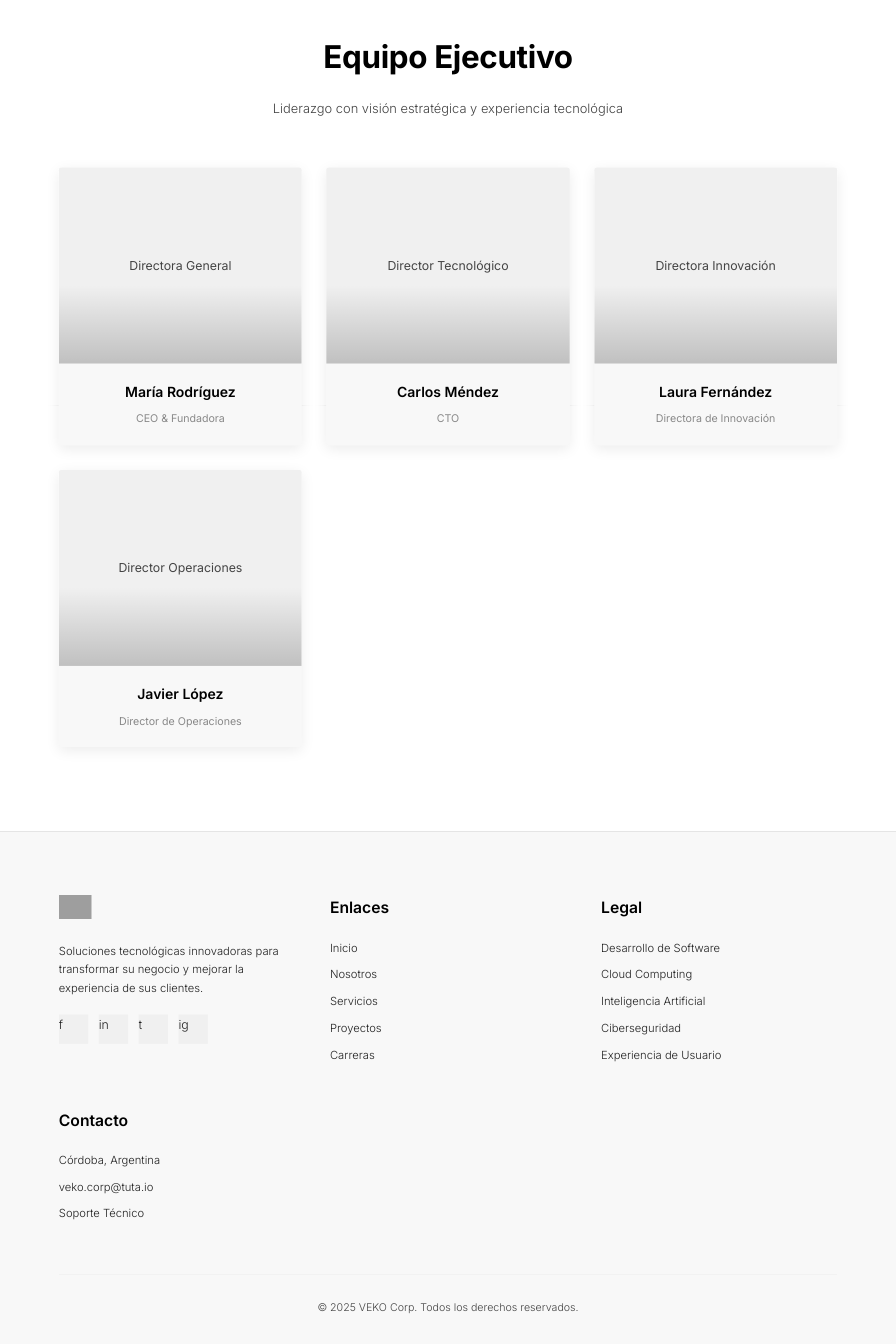
Repository: VEKO-Corp/veko-web
Page: index.html
The author's editor kept a copy of each file at every save. The page is drawn from the files as they stood at one save, then again after the next save.
The browser window is 1280 px wide. The pictures show the part of the page from y = 2936 to 4856 px (the page is 4856 px tall), at 70% of full size.
Pictures or frames that could not be fetched are drawn as grey boxes.

Above is the page before, as saved 2025-08-11 20:28:28.

### index.html
<!DOCTYPE html>
<html lang="es">
<head>
    <meta charset="UTF-8">
    <meta name="viewport" content="width=device-width, initial-scale=1.0">
    <title>VEKO - Soluciones Tecnológicas</title>
    <link href="https://fonts.googleapis.com/css2?family=Inter:wght@300;400;500;600;700&display=swap" rel="stylesheet">
    <link rel="stylesheet" href="css/style.css">
</head>
<body>
    <!-- Header con navegación -->
    <header>
        <div class="container header-container">
            <a href="index.html" class="logo">
                <img id="logo-image" src="img/logo-light.png" alt="VEKO">
            </a>
            <button class="mobile-menu-btn">☰</button>
            <nav>
                <ul>
                    <li><a href="index.html" class="active">Inicio</a></li>
                    <li><a href="nosotros.html">Nosotros</a></li>
                    <li><a href="servicios.html">Servicios</a></li>
                    <li><a href="proyectos.html">Proyectos</a></li>
                    <li><a href="clientes.html">Clientes</a></li>
                    <li><a href="blog.html">Blog</a></li>
                    <li><a href="carreras.html">Carreras</a></li>
                    <li><a href="contacto.html">Contacto</a></li>
                    <li><a href="soporte.html">Soporte</a></li>
                </ul>
            </nav>
            <div class="theme-toggle" id="themeToggle" aria-label="Cambiar tema">
                <div class="switch-handle"></div>
            </div>
        </div>
    </header>

    <!-- Banner Principal -->
    <section class="hero">
        <div class="container">
            <div class="hero-content">
                <h1>Tecnología Innovadora para Negocios Transformadores</h1>
                <p>Soluciones tecnológicas avanzadas diseñadas para impulsar la eficiencia, seguridad y crecimiento de su organización</p>
                <a href="contacto.html" class="btn">Contáctenos</a>
            </div>
        </div>
    </section>

    <!-- Sección Nosotros -->
    <section id="nosotros">
        <div class="container">
            <div class="section-title fade-in">
                <h2>Sobre Nosotros</h2>
                <p>Impulsando la innovación tecnológica desde 2008 con soluciones de vanguardia</p>
            </div>

            <div class="about-content">
                <div class="about-text fade-in delay-1">
                    <h3>Nuestra Misión</h3>
                    <p>En VEKO, nos dedicamos a transformar organizaciones mediante soluciones tecnológicas estratégicas que optimizan operaciones, mejoran la experiencia del cliente y generan ventajas competitivas sostenibles.</p>
                    <p>Fundada en Madrid, nuestra empresa ha crecido hasta convertirse en un referente en el sector tecnológico, trabajando con clientes en más de 20 países y desarrollando soluciones que impactan positivamente en millones de usuarios.</p>
                    <a href="nosotros.html" class="btn">Conocer más</a>
                </div>
                <div class="about-image fade-in delay-2">
                    Equipo VEKO
                </div>
            </div>
        </div>
    </section>

    <!-- Sección Servicios -->
    <section id="servicios" style="background-color: var(--bg-secondary);">
        <div class="container">
            <div class="section-title fade-in">
                <h2>Nuestros Servicios</h2>
                <p>Soluciones tecnológicas especializadas para cada necesidad empresarial</p>
            </div>

            <div class="services-grid">
                <div class="service-card fade-in delay-1">
                    <div class="service-icon">D</div>
                    <h3>Desarrollo de Software</h3>
                    <p>Soluciones personalizadas, aplicaciones empresariales y sistemas a medida diseñados para optimizar sus procesos operativos.</p>
                </div>

                <div class="service-card fade-in delay-2">
                    <div class="service-icon">C</div>
                    <h3>Cloud Computing</h3>
                    <p>Migración, implementación y gestión de infraestructuras en la nube para máxima escalabilidad y eficiencia operativa.</p>
                </div>

                <div class="service-card fade-in delay-3">
                    <div class="service-icon">I</div>
                    <h3>Inteligencia Artificial</h3>
                    <p>Implementación de soluciones de IA y machine learning para análisis predictivo y automatización inteligente.</p>
                </div>

                <div class="service-card fade-in delay-1">
                    <div class="service-icon">S</div>
                    <h3>Ciberseguridad</h3>
                    <p>Protección integral de activos digitales, auditorías de seguridad y planes de continuidad de negocio.</p>
                </div>

                <div class="service-card fade-in delay-2">
                    <div class="service-icon">U</div>
                    <h3>Experiencia de Usuario</h3>
                    <p>Diseño de interfaces centradas en el usuario que mejoran la interacción y satisfacción del cliente.</p>
                </div>

                <div class="service-card fade-in delay-3">
                    <div class="service-icon">A</div>
                    <h3>Análisis de Datos</h3>
                    <p>Transformación de datos en información estratégica para la toma de decisiones basada en evidencia.</p>
                </div>
            </div>
        </div>
    </section>

    <!-- Sección Equipo -->
    <section id="equipo">
        <div class="container">
            <div class="section-title fade-in">
                <h2>Equipo Ejecutivo</h2>
                <p>Liderazgo con visión estratégica y experiencia tecnológica</p>
            </div>

            <div class="team-grid">
                <div class="team-member fade-in delay-1">
                    <div class="member-photo">Directora General</div>
                    <div class="member-info">
                        <h4>María Rodríguez</h4>
                        <p>CEO & Fundadora</p>
                    </div>
                </div>

                <div class="team-member fade-in delay-2">
                    <div class="member-photo">Director Tecnológico</div>
                    <div class="member-info">
                        <h4>Carlos Méndez</h4>
                        <p>CTO</p>
                    </div>
                </div>

                <div class="team-member fade-in delay-3">
                    <div class="member-photo">Directora Innovación</div>
                    <div class="member-info">
                        <h4>Laura Fernández</h4>
                        <p>Directora de Innovación</p>
                    </div>
                </div>

                <div class="team-member fade-in delay-4">
                    <div class="member-photo">Director Operaciones</div>
                    <div class="member-info">
                        <h4>Javier López</h4>
                        <p>Director de Operaciones</p>
                    </div>
                </div>
            </div>
        </div>
    </section>

    <!-- Footer -->
    <footer>
        <div class="container">
            <div class="footer-content">
                <div class="footer-column fade-in">
                    <div class="logo-footer">
                        <img id="footer-logo" src="img/logo-light.png" alt="VEKO">
                    </div>
                    <p>Soluciones tecnológicas innovadoras para transformar su negocio y mejorar la experiencia de sus clientes.</p>
                    <div class="social-icons">
                        <a href="#" class="social-icon">f</a>
                        <a href="#" class="social-icon">in</a>
                        <a href="#" class="social-icon">t</a>
                        <a href="#" class="social-icon">ig</a>
                    </div>
                </div>

                <div class="footer-column fade-in delay-1">
                    <h3>Enlaces</h3>
                    <a href="index.html">Inicio</a>
                    <a href="nosotros.html">Nosotros</a>
                    <a href="servicios.html">Servicios</a>
                    <a href="proyectos.html">Proyectos</a>
                    <a href="carreras.html">Carreras</a>
                </div>

                <div class="footer-column fade-in delay-2">
                    <h3>Legal</h3>
                    <a href="servicios.html">Desarrollo de Software</a>
                    <a href="servicios.html">Cloud Computing</a>
                    <a href="servicios.html">Inteligencia Artificial</a>
                    <a href="servicios.html">Ciberseguridad</a>
                    <a href="servicios.html">Experiencia de Usuario</a>
                </div>

                <div class="footer-column fade-in delay-3">
                    <h3>Contacto</h3>
                    <p>Córdoba, Argentina</p>
                    <p>veko.corp@tuta.io</p>
                    <a href="soporte.html">Soporte Técnico</a>
                </div>
            </div>

            <div class="footer-bottom fade-in delay-4">
                <p>&copy; 2025 VEKO Corp. Todos los derechos reservados.</p>
            </div>
        </div>
    </footer>

    <script src="js/script.js"></script>
</body>
</html>

### css/style.css
:root {
    /* Variables para modo claro */
    --bg-primary: #FFFFFF;
    --bg-secondary: #F8F8F8;
    --bg-tertiary: #F0F0F0;
    --text-primary: #000000;
    --text-secondary: #222222;
    --text-tertiary: #444444;
    --accent: #888888;
    --accent-light: #CCCCCC;
    --border: #DDDDDD;
    --button-bg: #222222;
    --button-text: #FFFFFF;
    --shadow: rgba(0, 0, 0, 0.08);
    --overlay: rgba(0, 0, 0, 0.5);
}

.dark-mode {
    /* Variables para modo oscuro */
    --bg-primary: #000000;
    --bg-secondary: #111111;
    --bg-tertiary: #1A1A1A;
    --text-primary: #FFFFFF;
    --text-secondary: #E0E0E0;
    --text-tertiary: #AAAAAA;
    --accent: #777777;
    --accent-light: #333333;
    --border: #333333;
    --button-bg: #EEEEEE;
    --button-text: #000000;
    --shadow: rgba(255, 255, 255, 0.05);
    --overlay: rgba(0, 0, 0, 0.7);
}

* {
    margin: 0;
    padding: 0;
    box-sizing: border-box;
    transition: background-color 0.4s ease, color 0.4s ease, border-color 0.4s ease, transform 0.4s cubic-bezier(0.25, 0.46, 0.45, 0.94);
}

body {
    font-family: 'Inter', sans-serif;
    background-color: var(--bg-primary);
    color: var(--text-primary);
    line-height: 1.65;
    overflow-x: hidden;
    -webkit-font-smoothing: antialiased;
    -moz-osx-font-smoothing: grayscale;
}

.container {
    width: 90%;
    max-width: 1280px;
    margin: 0 auto;
    padding: 0 20px;
}

/* Header y navegación */
header {
    position: fixed;
    top: 0;
    left: 0;
    width: 100%;
    background-color: var(--bg-primary);
    border-bottom: 1px solid var(--border);
    z-index: 1000;
    transition: all 0.4s ease;
    box-shadow: 0 2px 10px var(--shadow);
}

header.scrolled {
    box-shadow: 0 6px 20px var(--shadow);
}

.header-container {
    display: flex;
    justify-content: space-between;
    align-items: center;
    padding: 18px 0;
}

.logo {
    font-size: 1.8rem;
    font-weight: 700;
    color: var(--text-primary);
    text-decoration: none;
    letter-spacing: -0.5px;
}

.logo span {
    font-weight: 300;
}

/* Estilos para logos */
.header-container .logo img {
    height: 30px;
    width: auto;
    transition: all 0.4s ease;
}

.footer-column .logo-footer img {
    height: 35px;
    width: auto;
    margin-bottom: 25px;
}

nav ul {
    display: flex;
    list-style: none;
}

nav ul li {
    margin-left: 30px;
}

nav ul li a {
    color: var(--text-secondary);
    text-decoration: none;
    font-weight: 500;
    font-size: 0.95rem;
    position: relative;
    padding: 8px 0;
    transition: color 0.3s ease;
}

nav ul li a:after {
    content: '';
    position: absolute;
    bottom: 0;
    left: 0;
    width: 0;
    height: 2px;
    background-color: var(--accent);
    transition: width 0.4s cubic-bezier(0.22, 0.61, 0.36, 1);
}

nav ul li a:hover:after,
nav ul li a.active:after {
    width: 100%;
}

nav ul li a:hover,
nav ul li a.active {
    color: var(--text-primary);
}

.theme-toggle {
    position: relative;
    width: 50px;
    height: 26px;
    background-color: var(--bg-tertiary);
    border-radius: 2px;
    cursor: pointer;
    overflow: hidden;
    margin-left: 20px;
}

.switch-handle {
    position: absolute;
    top: 3px;
    left: 3px;
    width: 20px;
    height: 20px;
    background-color: var(--button-bg);
    transition: all 0.4s cubic-bezier(0.22, 0.61, 0.36, 1);
}

.dark-mode .switch-handle {
    transform: translateX(24px);
}

.mobile-menu-btn {
    display: none;
    background: none;
    border: none;
    font-size: 1.5rem;
    color: var(--text-primary);
    cursor: pointer;
    padding: 5px;
}

/* Banner principal */
.hero {
    height: 100vh;
    display: flex;
    align-items: center;
    background:
        linear-gradient(var(--overlay), var(--overlay)),
        url('data:[embedded picture, 230 characters]');
    background-size: cover;
    background-position: center;
    position: relative;
    margin-top: 80px;
}

.hero-content {
    max-width: 780px;
    color: white;
    transform: translateY(30px);
    opacity: 0;
    animation: fadeUp 1s forwards 0.3s;
}

.hero h1 {
    font-size: 4.2rem;
    font-weight: 700;
    margin-bottom: 25px;
    line-height: 1.15;
    letter-spacing: -0.5px;
}

.hero p {
    font-size: 1.3rem;
    margin-bottom: 40px;
    max-width: 650px;
    font-weight: 300;
}

/* Botones con animación de relleno */
.btn {
    display: inline-block;
    position: relative;
    background-color: transparent;
    color: var(--button-text);
    padding: 14px 36px;
    border-radius: 0;
    text-decoration: none;
    font-weight: 600;
    font-size: 1rem;
    letter-spacing: 0.5px;
    border: 2px solid var(--button-text);
    overflow: hidden;
    z-index: 1;
    transition: color 0.4s ease;
}

.btn:before {
    content: '';
    position: absolute;
    top: 0;
    left: 0;
    width: 0;
    height: 100%;
    background: var(--button-text);
    transition: width 0.5s cubic-bezier(0.22, 0.61, 0.36, 1);
    z-index: -1;
}

.btn:hover:before {
    width: 100%;
}

.btn:hover {
    color: var(--button-bg);
}

/* Secciones comunes */
section {
    padding: 120px 0;
}

.section-title {
    text-align: center;
    margin-bottom: 70px;
}

.section-title h2 {
    font-size: 2.8rem;
    font-weight: 700;
    margin-bottom: 20px;
    color: var(--text-primary);
    letter-spacing: -0.5px;
}

.section-title p {
    font-size: 1.15rem;
    color: var(--text-tertiary);
    max-width: 700px;
    margin: 0 auto;
    font-weight: 300;
}

/* Sección Nosotros */
.about-content {
    display: flex;
    gap: 60px;
    align-items: center;
}

.about-text {
    flex: 1;
}

.about-text h3 {
    font-size: 2rem;
    margin-bottom: 25px;
    color: var(--text-primary);
    font-weight: 600;
}

.about-text p {
    margin-bottom: 25px;
    color: var(--text-secondary);
    font-weight: 300;
}

.about-image {
    flex: 1;
    height: 460px;
    background-color: var(--bg-tertiary);
    display: flex;
    align-items: center;
    justify-content: center;
    color: var(--text-tertiary);
    border-radius: 4px;
    overflow: hidden;
    position: relative;
    box-shadow: 0 10px 30px var(--shadow);
}

.about-image:after {
    content: '';
    position: absolute;
    top: 0;
    left: 0;
    width: 100%;
    height: 100%;
    background: linear-gradient(45deg, rgba(0,0,0,0.05), rgba(0,0,0,0.1));
}

/* Sección Servicios */
.services-grid {
    display: grid;
    grid-template-columns: repeat(auto-fill, minmax(320px, 1fr));
    gap: 40px;
}

.service-card {
    background-color: var(--bg-secondary);
    border-radius: 4px;
    padding: 40px 30px;
    text-align: center;
    position: relative;
    overflow: hidden;
    border: 1px solid var(--border);
    transition: transform 0.4s ease, box-shadow 0.4s ease;
}

.service-card:hover {
    transform: translateY(-10px);
    box-shadow: 0 15px 40px var(--shadow);
}

.service-icon {
    width: 90px;
    height: 90px;
    background-color: var(--bg-tertiary);
    border-radius: 4px;
    margin: 0 auto 25px;
    display: flex;
    align-items: center;
    justify-content: center;
    color: var(--accent);
    font-size: 2.2rem;
    font-weight: 300;
    transition: transform 0.4s ease;
}

.service-card:hover .service-icon {
    transform: scale(1.1);
}

.service-card h3 {
    font-size: 1.4rem;
    margin-bottom: 20px;
    color: var(--text-primary);
    font-weight: 600;
}

.service-card p {
    color: var(--text-secondary);
    font-size: 1rem;
    font-weight: 300;
    max-width: 300px;
    margin: 0 auto;
}

/* Sección Equipo */
.team-grid {
    display: grid;
    grid-template-columns: repeat(auto-fill, minmax(260px, 1fr));
    gap: 35px;
    margin-top: 60px;
}

.team-member {
    background-color: var(--bg-secondary);
    border-radius: 4px;
    overflow: hidden;
    text-align: center;
    position: relative;
    box-shadow: 0 5px 20px var(--shadow);
    transition: transform 0.4s ease;
}

.team-member:hover {
    transform: translateY(-10px);
}

.member-photo {
    height: 280px;
    background-color: var(--bg-tertiary);
    display: flex;
    align-items: center;
    justify-content: center;
    color: var(--text-tertiary);
    font-size: 1.1rem;
    position: relative;
}

.member-photo:after {
    content: '';
    position: absolute;
    bottom: 0;
    left: 0;
    width: 100%;
    height: 40%;
    background: linear-gradient(to top, rgba(0,0,0,0.2), transparent);
}

.member-info {
    padding: 25px 20px;
}

.member-info h4 {
    font-size: 1.25rem;
    margin-bottom: 8px;
    color: var(--text-primary);
    font-weight: 600;
}

.member-info p {
    color: var(--accent);
    font-size: 0.95rem;
    font-weight: 400;
}

/* Footer */
footer {
    background-color: var(--bg-secondary);
    padding: 90px 0 40px;
    border-top: 1px solid var(--border);
}

.footer-content {
    display: grid;
    grid-template-columns: repeat(auto-fit, minmax(260px, 1fr));
    gap: 50px;
    margin-bottom: 60px;
}

.footer-column h3 {
    font-size: 1.4rem;
    margin-bottom: 25px;
    color: var(--text-primary);
    font-weight: 600;
}

.footer-column p, .footer-column a {
    color: var(--text-secondary);
    margin-bottom: 12px;
    display: block;
    text-decoration: none;
    transition: color 0.3s ease;
    font-weight: 300;
}

.footer-column a:hover {
    color: var(--text-primary);
}

.social-icons {
    display: flex;
    gap: 15px;
    margin-top: 25px;
}

.social-icon {
    width: 42px;
    height: 42px;
    border-radius: 0;
    background-color: var(--bg-tertiary);
    display: flex;
    align-items: center;
    justify-content: center;
    color: var(--text-primary);
    text-decoration: none;
    transition: all 0.4s ease;
    font-size: 1.1rem;
    position: relative;
    overflow: hidden;
    z-index: 1;
}

.social-icon:before {
    content: '';
    position: absolute;
    top: 0;
    left: 0;
    width: 0;
    height: 100%;
    background: var(--accent-light);
    transition: width 0.4s ease;
    z-index: -1;
}

.social-icon:hover:before {
    width: 100%;
}

.footer-bottom {
    text-align: center;
    padding-top: 35px;
    border-top: 1px solid var(--border);
    color: var(--text-tertiary);
    font-size: 0.95rem;
    font-weight: 300;
}

/* Animaciones */
@keyframes fadeUp {
    from {
        opacity: 0;
        transform: translateY(30px);
    }
    to {
        opacity: 1;
        transform: translateY(0);
    }
}

.fade-in {
    opacity: 0;
    transform: translateY(30px);
    transition: opacity 0.8s ease, transform 0.8s ease;
}

.fade-in.appear {
    opacity: 1;
    transform: translateY(0);
}

.delay-1 { transition-delay: 0.1s; }
.delay-2 { transition-delay: 0.2s; }
.delay-3 { transition-delay: 0.3s; }
.delay-4 { transition-delay: 0.4s; }
.delay-5 { transition-delay: 0.5s; }

/* Responsive */
@media (max-width: 1200px) {
    .hero h1 {
        font-size: 3.6rem;
    }
}

@media (max-width: 992px) {
    .hero h1 {
        font-size: 3.2rem;
    }

    .about-content {
        flex-direction: column;
    }

    .about-image {
        width: 100%;
        height: 380px;
    }

    section {
        padding: 90px 0;
    }
}

@media (max-width: 768px) {
    .mobile-menu-btn {
        display: block;
    }

    nav {
        position: fixed;
        top: 80px;
        left: 0;
        width: 100%;
        background-color: var(--bg-primary);
        border-top: 1px solid var(--border);
        border-bottom: 1px solid var(--border);
        height: 0;
        overflow: hidden;
        transition: height 0.4s ease;
    }

    nav.active {
        height: auto;
        padding: 20px 0;
    }

    nav ul {
        flex-direction: column;
        align-items: center;
    }

    nav ul li {
        margin: 12px 0;
    }

    .hero h1 {
        font-size: 2.8rem;
    }

    .hero p {
        font-size: 1.15rem;
    }

    .section-title h2 {
        font-size: 2.4rem;
    }
}

@media (max-width: 576px) {
    .hero h1 {
        font-size: 2.4rem;
    }

    .section-title h2 {
        font-size: 2rem;
    }

    .btn {
        padding: 12px 28px;
    }
}

Loaded but not shown: js/script.js (106 lines, source omitted)

After the next save:
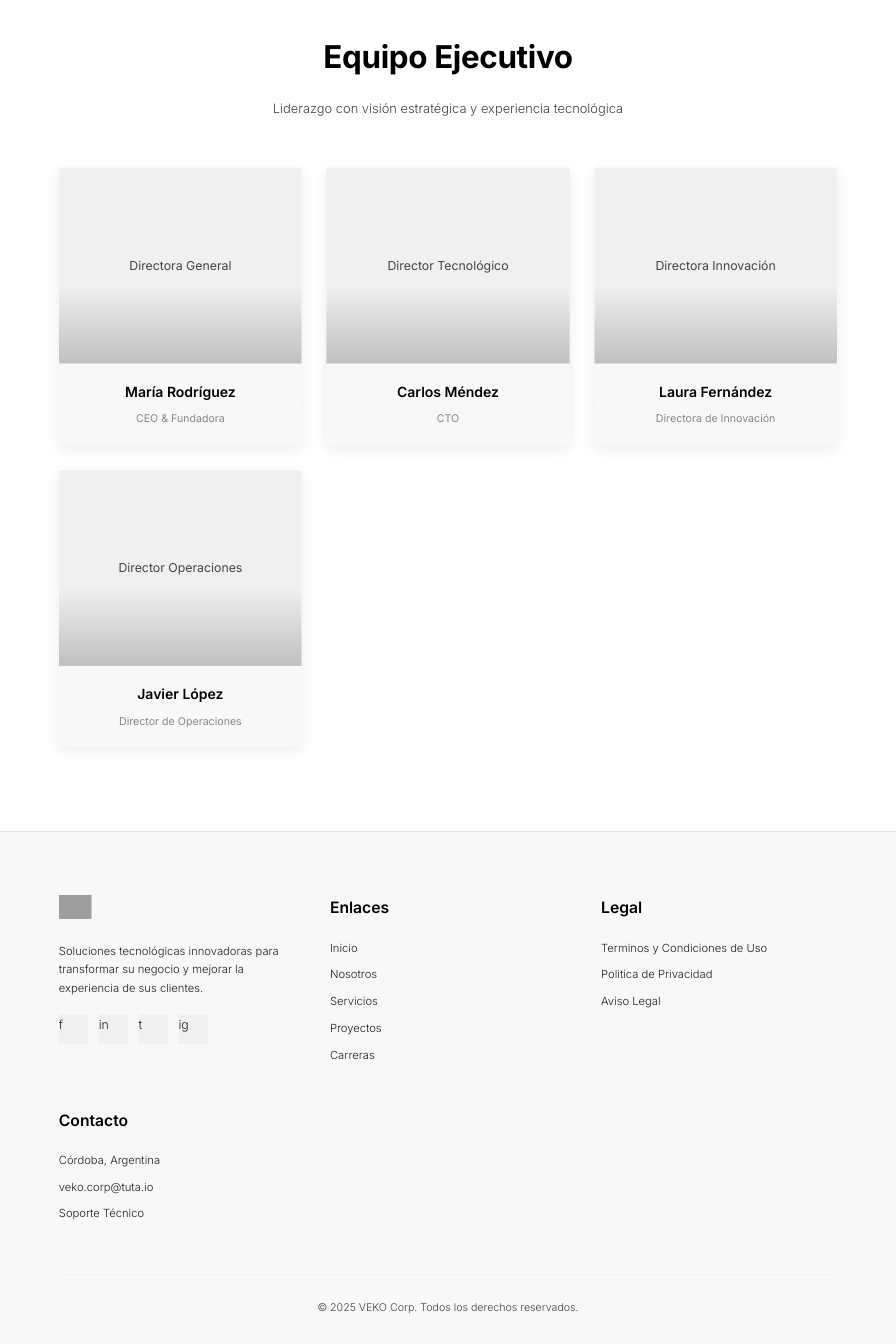
Saved 31 s later.
--- a/index.html
+++ b/index.html
@@ -187,11 +187,9 @@
 
                 <div class="footer-column fade-in delay-2">
                     <h3>Legal</h3>
-                    <a href="servicios.html">Desarrollo de Software</a>
-                    <a href="servicios.html">Cloud Computing</a>
-                    <a href="servicios.html">Inteligencia Artificial</a>
-                    <a href="servicios.html">Ciberseguridad</a>
-                    <a href="servicios.html">Experiencia de Usuario</a>
+                    <a href="servicios.html">Terminos y Condiciones de Uso</a>
+                    <a href="servicios.html">Politica de Privacidad</a>
+                    <a href="servicios.html">Aviso Legal</a>
                 </div>
 
                 <div class="footer-column fade-in delay-3">
